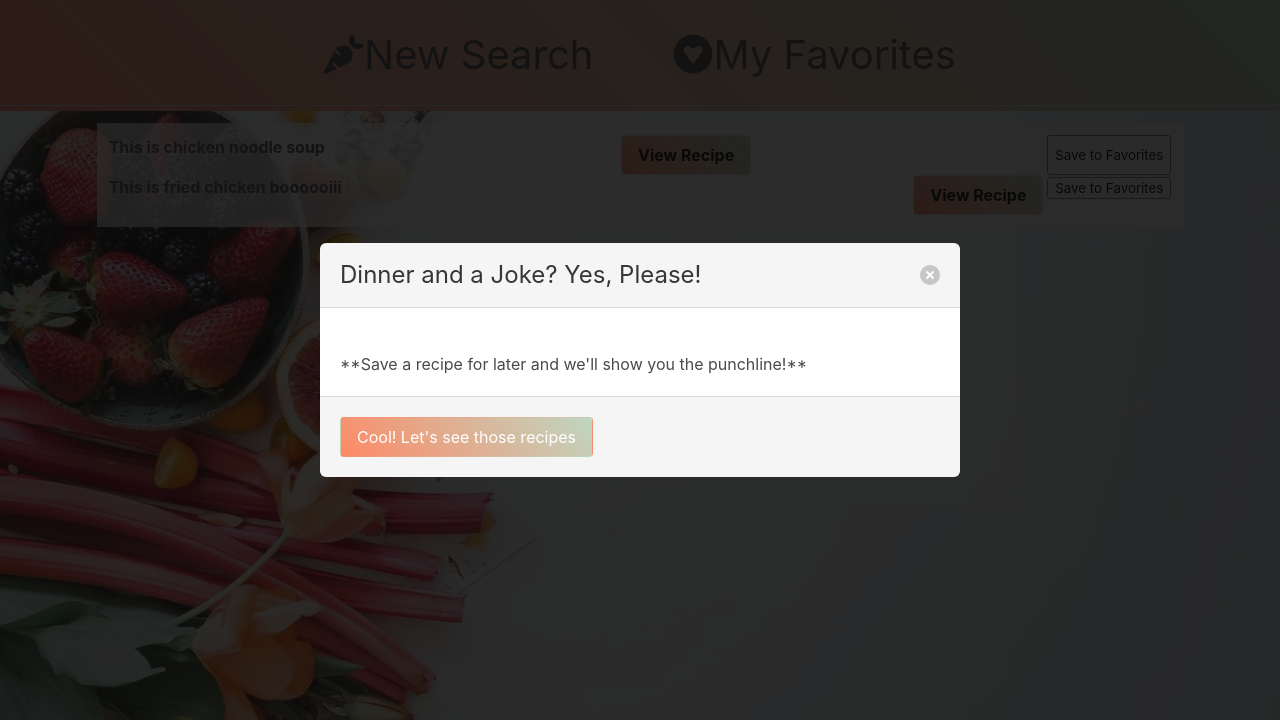
Repository: puakehaulani/the-hungry-app-proj1
Page: results.html
The author's editor kept a copy of each file at every save. The page is drawn from the files as they stood at one save, then again after the next save.
The browser window is 1280 px wide. The pictures show the window.
The page's requests for data from a server got no answer. A layer covers the whole window, so only the first screen is drawn. Some web libraries are served in a nearby version.

Above is the page before, as saved 2020-10-17 12:48:52.

### results.html
<!DOCTYPE html>
<html lang="en">

<head>
    <meta charset="UTF-8">
    <meta name="viewport" content="width=device-width, initial-scale=1.0">
    <title>Results</title>
    <!-- reset css -->
    <link rel="stylesheet" href="assets/style/reset.css">
    <!-- bulma cdn -->
    <link rel="stylesheet" href="https://cdnjs.cloudflare.com/ajax/libs/bulma/0.9.1/css/bulma.min.css">
    <!-- project css style sheet -->
    <link rel="stylesheet" href="assets/style/style.css">
</head>

<body>
    <nav class="tabs is-centered is-size-5-mobile is-size-3-tablet is-size-2-widescreen" role="navigation" aria-label="main navigation">
        <ul>
            <li>
                <!-- search new item link  -->
                <a href="index.html">
                    <span><i class="fas fa-carrot"></i></span>
                    <span>New Search</span>
                </a>
            </li>
            <li>
                <!-- link to favorites page on the left -->
                <a href="favorites.html">
                    <span><i class="fab fa-gratipay"></i></span>
                    <span>My Favorites</span>
                </a>
            </li>
        </ul>
    </nav>
    <div class="columns">
        <div class="column is-offset-1 is-10" id="resultsContentContainer">
            <ul id="display">
                <li>
                    This is chicken noodle soup
                    <a href="" class="button is-inverted is-outlined">View Recipe</a>
                    <button class="saveBtn is-inverted is-outlined">Save to Favorites</button>
                </li>
                <li>
                    This is fried chicken boooooiii
                    <div>
                        <a href="" class="button is-inverted is-outlined">View Recipe</a>
                        <button class="saveBtn is-inverted is-outlined">Save to Favorites</button>
                    </div>
                </li>
            </ul>
        </div>
    </div>


    <!-- bulma fontawesome -->
    <script defer src="https://use.fontawesome.com/releases/v5.14.0/js/all.js"></script>
    <!-- jquery cdn -->
    <script src="https://code.jquery.com/jquery-3.5.1.min.js"
        integrity="sha256-9/aliU8dGd2tb6OSsuzixeV4y/faTqgFtohetphbbj0=" crossorigin="anonymous"></script>
    <!-- Our JS -->
    <script src="assets/script/results.js"></script>


    <!-- // all code below is for the modal /// -->
    <div class="modal is-active" id="test">
        <div class="modal-background"></div>
        <div class="modal-card">
            <header class="modal-card-head">
                <p class="modal-card-title">Dinner and a Joke? Yes, Please!</p>
                <button class="delete" aria-label="close"></button>
            </header>
            <section class="modal-card-body">
                <h1 id="setup"></h1>
                <br>
                <h3>**Save a recipe for later and we'll show you the punchline!**</h3>
            </section>
            <footer class="modal-card-foot">
                <button class="button is-success" id="showjokesetup">
                    Cool! Let's see those recipes
                </button>
            </footer>
        </div>
    </div>

    <!-- // all code ABOVE is for the modal /// -->
    <!--punchline modal below-->
    <div class="modal" id="punch">
        <div class="modal-background"></div>
        <div class="modal-card">
            <header class="modal-card-head">
                <p class="modal-card-title">Favorite saved! Here's your punchline:</p>
                <button class="delete" aria-label="close"></button>
            </header>
            <section class="modal-card-body">
                <h1 id="punchline"></h1>
            </section>
            <footer class="modal-card-foot">
                <button class="button is-success" id="closepunchline">
                    wow that was hilarious!
                </button>
            </footer>
        </div>
    </div>


</body>

</html>

### assets/style/style.css

html{
    background-image: url(images/foodOnSIde.jpg);
    background-size: cover;
    min-height: 800px;
    background-repeat: no-repeat;
}

.tabs{
    background-image: linear-gradient(45deg, #FE8965, #BED7C1) ;
    padding-bottom: 5px;
    padding-top: 5px;
    color: black !important;
}


.button{
    background-image: linear-gradient(45deg, #FE8965, #BED7C1) ;
    color: black;
}

/* Elements only in index html */

#indexInstructions{
    background-color: rgb(236,75,70, .75);
}

#indexInstructions p{
    font-weight: bold;
    color: white;
}

#ingredientSearch{
    display: inline-block;
}

th{
    background-image: linear-gradient(45deg, #FE8965, #BED7C1) ;
    color: black !important;
}


/* Elements that only exist on results html*/
#resultsContentContainer{
    background-color: rgb(255, 255, 255, .7);
    color: rgb(76,75,75);
    font-weight: bolder;
    float: left;
}
#display li{
    display: flex;
    justify-content: space-between;
}






#favRecipes{
    min-height: 300px;
    color: black;
    background-color: rgb(256, 256, 256, .9);
    border-radius: 15px;
}

#favRecipes h1{
    background-image: linear-gradient(45deg, #FE8965, #BED7C1) ;
    border-radius: 10px;
}

#favJokes{
    min-height: 300px;
    color: black;
    background-color: rgb(256, 256, 256, .9);
    border-radius: 15px;
}

#favJokes h1{
    background-image: linear-gradient(45deg, #FE8965, #BED7C1) ;
    border-radius: 10px;
}

### assets/script/results.js
// -----GLOBAL VAR-----
// string of user input ingredients from local storage
let ingredientsString = localStorage.getItem("ingredients")
console.log(ingredientsString);

// -----build functions-----

// ---build ingredient endpoint function---
function buildIngredientsURL() {
    let ingredientsAPIURL = "https://api.spoonacular.com/recipes/findByIngredients?"
    let ingredientsParams = {
        //route to user input id for ingredients
        apiKey: "eb7473b82620444ab521e6fa290c08a3",
        //route to user input id for recipe type (query)
        ingredients: ingredientsString,
        // //route to user input id for number of results
        // number: "",
    };
    console.log(ingredientsAPIURL + $.param(ingredientsParams));
    return ingredientsAPIURL + $.param(ingredientsParams);
}


// show results function
function showResults(responseli) {
    // -----build recipe url-----
    let $display = $("#display");
    $display.empty();
    for (i = 0; i < 10; i++) {
        let li = $("<li>");
        let viewBtn = $("<a>");
        let saveBtn = $("<button>");
        li.text(responseli[i].title);
        viewBtn.text("View Recipe");
        viewBtn.attr("class", "button is-inverted is-outlined");
        viewBtn.attr("target", "_blank")
        saveBtn.text("Save to Favorites");
        saveBtn.attr("id", "saveBtn");
        saveBtn.attr("class", "is-inverted is-outlined");

        li.append(viewBtn);
        li.append(saveBtn);
        $display.append(li);

        let recipeId = responseli[i].id;
        console.log(recipeId);
        let recipeAPI = "https://api.spoonacular.com/recipes/" + recipeId + "/information?apiKey=eb7473b82620444ab521e6fa290c08a3&includeNutrition=false";
        // ajax call to get url for recipe, commented out to preserve quota
        $.ajax({
            url: recipeAPI,
            method: "GET",
        }).then(function (response) {
            console.log(response);
            let responseLink = response.sourceUrl;
            console.log(responseLink);
            li.attr("data-link", responseLink);
            viewBtn.attr("href", responseLink);
        })
    }
}


// https://official-joke-api.appspot.com/random_joke
// ----build URL function----

$(document).ready(function () {
    let queryURL = "https://official-joke-api.appspot.com/random_joke";
    $.ajax({
        url: queryURL,
        method: "GET"
    }).then(function (response) {
        console.log(response.setup);
        console.log(response.punchline);
        $("#setup").text(response.setup)
        $("#punchline").text(response.punchline)
        localStorage.setItem("punchline", response.punchline)
        localStorage.setItem("setup", response.setup)
    });

    // event listener and handling for a user that doesn't want to see joke
    $("#nojoke").on("click", function () {
        console.log("no")
    });


    let test = document.querySelector("#test");
    let showjokesetup = document.querySelector("#showjokesetup");
    console.log(showjokesetup);
    showjokesetup.addEventListener("click", function () {
        test.classList.toggle("is-active");
    })
});


// -----CALLS-----
let ingredientAPI = buildIngredientsURL();
//ajax call working, commented out to preserve quota
$.ajax({
    url: ingredientAPI,
    method: "GET",
}).then(function (response) {
    console.log(response);
    showResults(response);
    // click function for save btn, same format as for modal earlier //
    let punch = document.querySelector("#punch");
    let showpunchline = document.querySelector("#saveBtn");
    console.log("lexilog " + showpunchline);
    showpunchline.addEventListener("click", function () {
        punch.classList.toggle("is-active");
        console.log("lexilog2 " + localStorage.getItem("punchline"));
        $("#punchline").text(localStorage.getItem("punchline"));

        //these local storages needs work, this will currently just store one
        // localStorage.setItem("favetitle ", );
        // localStorage.setItem("favelink ", );
    })
    // click function to close modal
    let closepunchline = document.querySelector("#closepunchline");
    console.log("lexilogclose " + closepunchline);
    closepunchline.addEventListener("click", function () {
        punch.classList.toggle("is-active");
    })
})

Loaded but not shown: assets/style/reset.css (common file)

After the next save:
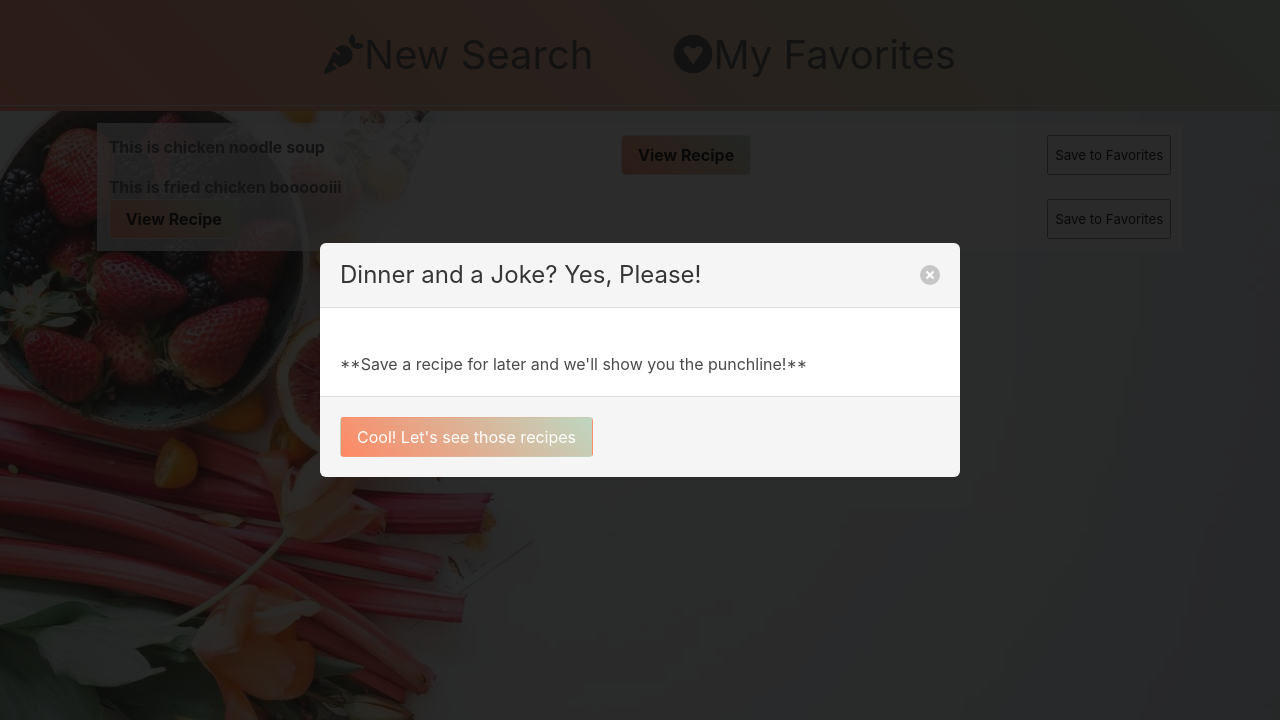
Saved 75 s later.
--- a/results.html
+++ b/results.html
@@ -42,10 +42,10 @@
                 </li>
                 <li>
                     This is fried chicken boooooiii
-                    <div>
+                    <li>
                         <a href="" class="button is-inverted is-outlined">View Recipe</a>
                         <button class="saveBtn is-inverted is-outlined">Save to Favorites</button>
-                    </div>
+                    </li>
                 </li>
             </ul>
         </div>

After the save that followed:
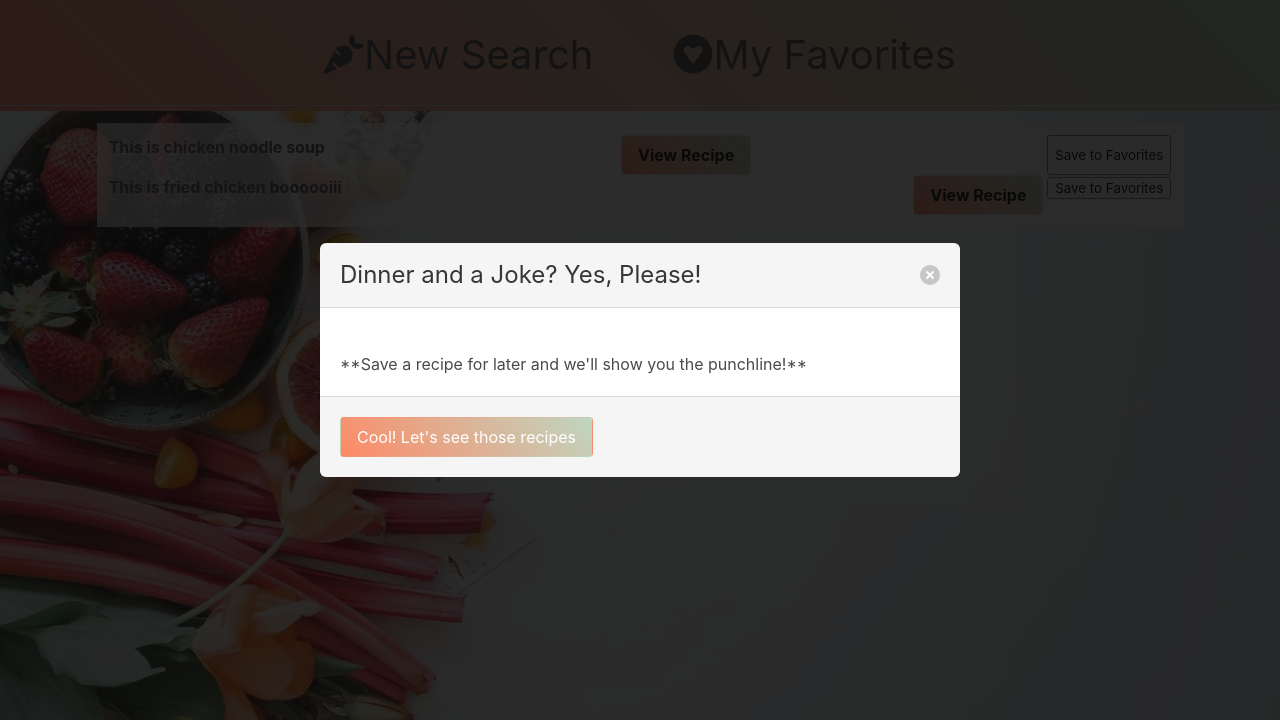
Saved 27 s later.
--- a/results.html
+++ b/results.html
@@ -42,10 +42,10 @@
                 </li>
                 <li>
                     This is fried chicken boooooiii
-                    <li>
+                    <div>
                         <a href="" class="button is-inverted is-outlined">View Recipe</a>
                         <button class="saveBtn is-inverted is-outlined">Save to Favorites</button>
-                    </li>
+                    </div>
                 </li>
             </ul>
         </div>
